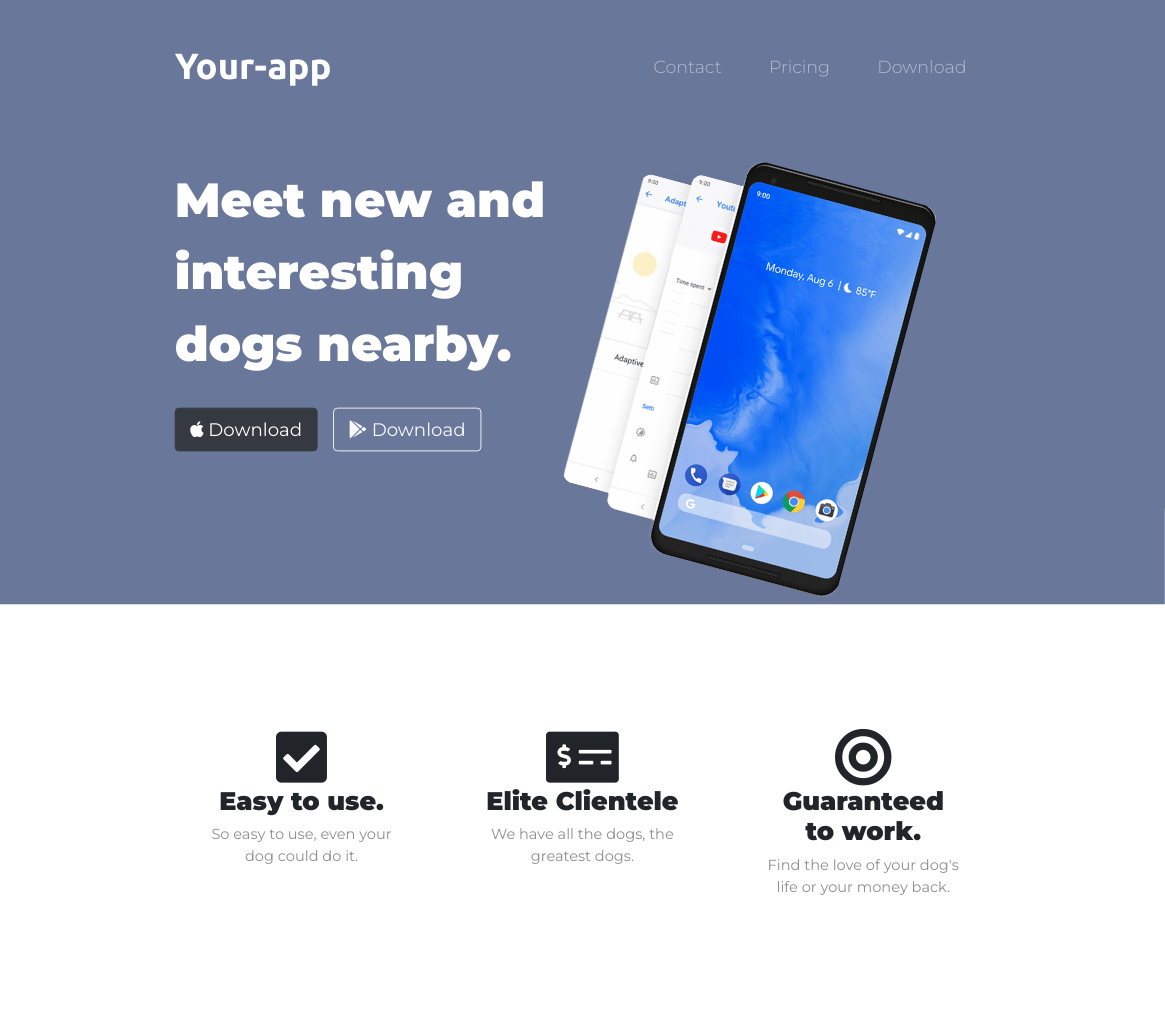
Repository: Isanderr/Simple_landing_page_2-Bootstrap4
Page: index.html
An editor plug-in stored every save of this project. The page is shown before and after the next save, followed by the edit.
The browser window is 1280 px wide. The pictures show the part of the page from y = 0 to 1119 px (the page is 2602 px tall), at 91% of full size.
A picture or video elsewhere on the page could not be fetched, so the positions and the page height are approximate. Some web libraries are served in a nearby version.

Above is the page before, as saved 2019-02-02 23:01:05.

### index.html
<!DOCTYPE html>
<html>

  <head>
    <meta charset="utf-8">
    <meta name="viewport" content="width=device-width, initial-scale=1, shrink-to-fit=no">
    <title>App-landingpage</title>
    <link rel="stylesheet" href="https://stackpath.bootstrapcdn.com/bootstrap/4.2.1/css/bootstrap.min.css" integrity="sha384-GJzZqFGwb1QTTN6wy59ffF1BuGJpLSa9DkKMp0DgiMDm4iYMj70gZWKYbI706tWS"
      crossorigin="anonymous">
    <link rel="stylesheet" href="css/styles.css">
    <link rel="stylesheet" href="https://use.fontawesome.com/releases/v5.7.1/css/all.css" integrity="sha384-fnmOCqbTlWIlj8LyTjo7mOUStjsKC4pOpQbqyi7RrhN7udi9RwhKkMHpvLbHG9Sr"
      crossorigin="anonymous">
    <link href="https://fonts.googleapis.com/css?family=Montserrat:300,400,900|Ubuntu:400,700" rel="stylesheet">
  </head>

  <body>
    <section id="title">
      <div class="container-fluid">
        <!-- Nav Bar -->
        <nav class="navbar navbar-expand-lg navbar-dark ">
          <a class="navbar-brand" href="">Your-app</a>
          <button class="navbar-toggler" type="button" data-toggle="collapse" data-target="#navbarTogglerDemo02">
            <span class="navbar-toggler-icon"></span>
          </button>
          <div class="collapse navbar-collapse" id="navbarTogglerDemo02">
            <ul class="navbar-nav ml-auto">
              <li class="nav-item">
                <a class="nav-link" href="">Contact</a>
              </li>
              <li class="nav-item">
                <a class="nav-link" href="">Pricing</a>
              </li>
              <li class="nav-item">
                <a class="nav-link" href="">Download</a>
              </li>
            </ul>
          </div>
        </nav>
        <!-- Title -->
        <div class="row">
          <div class="col-lg-6">
            <h1>Meet new and interesting dogs nearby.</h1>
            <button type="button" class="btn btn-dark btn-lg download-btn"><i class="fab fa-apple"></i> Download</button>
            <button type="button" class="btn btn-outline-light btn-lg download-btn"><i class="fab fa-google-play"></i>
              Download</button>
          </div>
          <div class="col-lg-6">
            <img src="images/android-phone.png" alt="andoind-phone" class="title-img">
          </div>
        </div>
      </div>
    </section>
    <!-- Features -->
    <section id="features">
      <div class="row">
        <div class="feature-box col-lg-4">
          <i class="fas fa-check-square fa-4x icon"></i>
          <h3>Easy to use.</h3>
          <p>So easy to use, even your dog could do it.</p>
        </div>
        <div class="feature-box col-lg-4">
          <i class="fas fa-money-check-alt fa-4x icon"></i>
          <h3>Elite Clientele</h3>
          <p>We have all the dogs, the greatest dogs.</p>
        </div>
        <div class="feature-box col-lg-4">
          <i class="fas fa-bullseye fa-4x icon"></i>
          <h3>Guaranteed to work.</h3>
          <p>Find the love of your dog's life or your money back.</p>
        </div>
      </div>
    </section>
    <!-- Testimonials -->
    <section id="testimonials">
      <h2>I no longer have to sniff other dogs for love. I've found the hottest Corgi on TinDog. Woof.</h2>
      <img src="images/dog-img.jpg" alt="dog-profile">
      <em>Pebbles, New York</em>
      <!-- <h2 class="testimonial-text">My dog used to be so lonely, but with TinDog's help, they've found the love of their life. I think.</h2>
    <img class="testimonial-image" src="images/lady-img.jpg" alt="lady-profile">
    <em>Beverly, Illinois</em> -->
    </section>
    <!-- Press -->
    <section id="press">
      <img src="images/techcrunch.png" alt="tc-logo">
      <img src="images/tnw.png" alt="tnw-logo">
      <img src="images/bizinsider.png" alt="biz-insider-logo">
      <img src="images/mashable.png" alt="mashable-logo">
    </section>
    <!-- Pricing -->
    <section id="pricing">
      <h2>A Plan for Every Dog's Needs</h2>
      <p>Simple and affordable price plans for your and your dog.</p>
      <h3>Chihuahua</h3>
      <h2>Free</h2>
      <p>5 Matches Per Day</p>
      <p>10 Messages Per Day</p>
      <p>Unlimited App Usage</p>
      <button type="button">Sign Up</button>
      <h3>Labrador</h3>
      <h2>$49 / mo</h2>
      <p>Unlimited Matches</p>
      <p>Unlimited Messages</p>
      <p>Unlimited App Usage</p>
      <button type="button">Sign Up</button>
      <h3>Mastiff</h3>
      <h2>$99 / mo</h2>
      <p>Pirority Listing</p>
      <p>Unlimited Matches</p>
      <p>Unlimited Messages</p>
      <p>Unlimited App Usage</p>
      <button type="button">Sign Up</button>
    </section>
    <!-- Call to Action -->
    <section id="cta">
      <h3>Find the True Love of Your Dog's Life Today.</h3>
      <button type="button">Download</button>
      <button type="button">Download</button>
    </section>
    <!-- Footer -->
    <footer id="footer">
      <p>© Copyright 2018 TinDog</p>
    </footer>
    <script src="https://code.jquery.com/jquery-3.3.1.slim.min.js" integrity="sha384-q8i/X+965DzO0rT7abK41JStQIAqVgRVzpbzo5smXKp4YfRvH+8abtTE1Pi6jizo"
      crossorigin="anonymous"></script>
    <script src="https://cdnjs.cloudflare.com/ajax/libs/popper.js/1.14.6/umd/popper.min.js" integrity="sha384-wHAiFfRlMFy6i5SRaxvfOCifBUQy1xHdJ/yoi7FRNXMRBu5WHdZYu1hA6ZOblgut"
      crossorigin="anonymous"></script>
    <script src="https://stackpath.bootstrapcdn.com/bootstrap/4.2.1/js/bootstrap.min.js" integrity="sha384-B0UglyR+jN6CkvvICOB2joaf5I4l3gm9GU6Hc1og6Ls7i6U/mkkaduKaBhlAXv9k"
      crossorigin="anonymous"></script>
  </body>

</html>

### css/styles.css

/* fonts */
/* font-family: 'Ubuntu', sans-serif;
font-family: 'Montserrat', sans-serif; */

/* colors */
/* #d7eaea
#acdbdf
#9692af
#69779b */

body {
    font-family: 'Montserrat', sans-serif;
}

#title {
    background-color: #69779b;
    color: #ffffff;
}

.container-fluid{
    padding: 3% 15%;
}

h1 {
    font-family: 'Montserrat', sans-serif;
    font-weight: 900;
    font-size: 3.3rem;
    line-height: 1.5;
}

h3 {
    font-family: 'Montserrat', sans-serif;
    font-weight: 900;
}

p {
    color: #8f8f8f;
}

/* Nav */

.navbar {
    padding: 0 0 4.5rem;
}

.navbar-brand{
    font-family: 'Ubuntu', sans-serif;
    font-size: 2.5rem;
    font-weight: 900;
}

.nav-item {
    padding: 0 18px;
}

.nav-link {
    font-size: 1.2rem;
    font-weight: 300;
}

/* download buttons */

.download-btn {
    margin: 5% 3% 5% 0;
}

/* title img */

.title-img {
    width: 75%;
    transform: rotate(15deg);
}

/* features */

#features {
    padding: 7% 15%;
}

.feature-box {
    text-align: center;
    padding: 5%;
}
.icon {

}

After the next save:
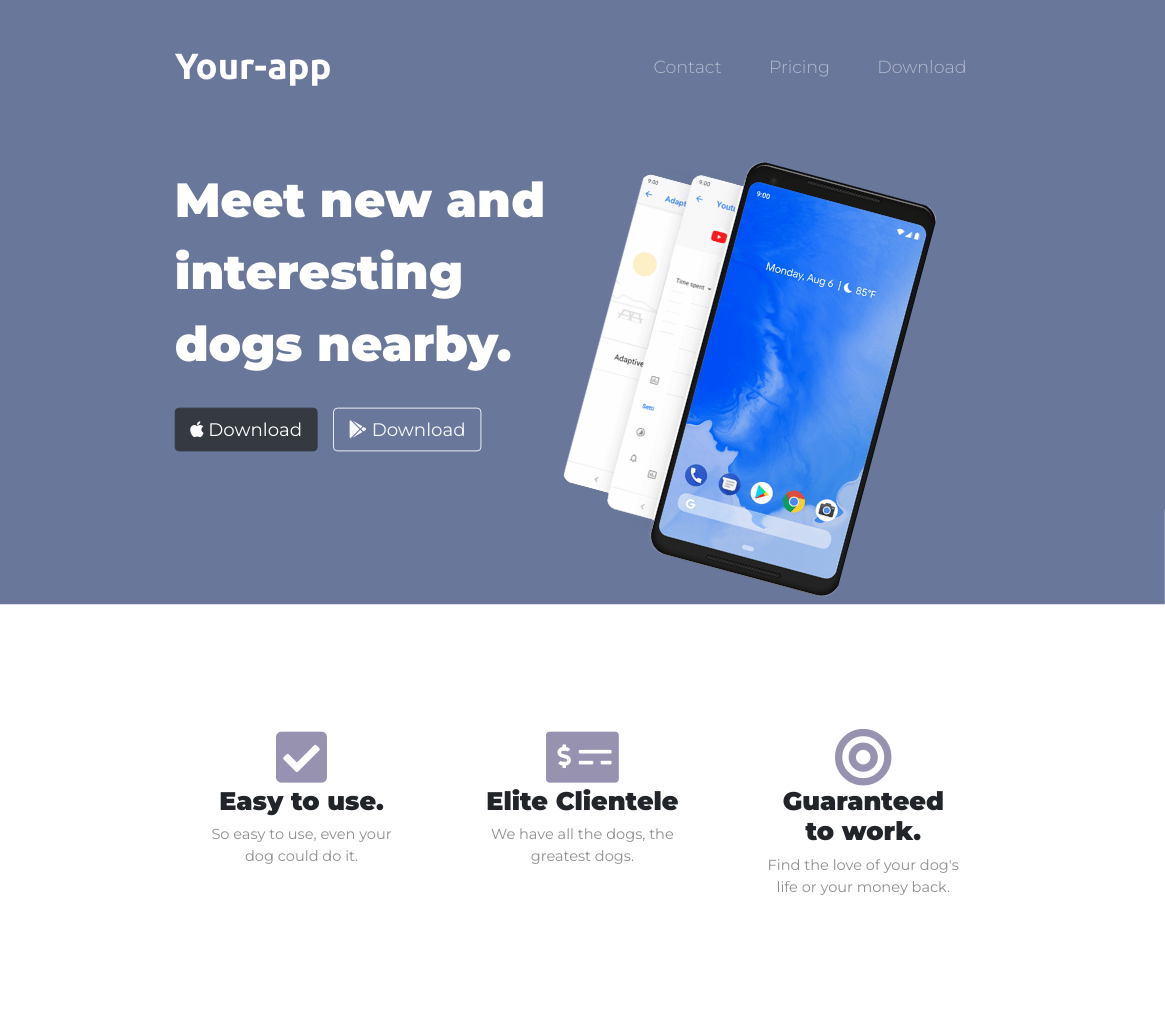
Saved 34 s later.
--- a/css/styles.css
+++ b/css/styles.css
@@ -83,5 +83,5 @@
     padding: 5%;
 }
 .icon {
-
+    color: #9692af;
 }
